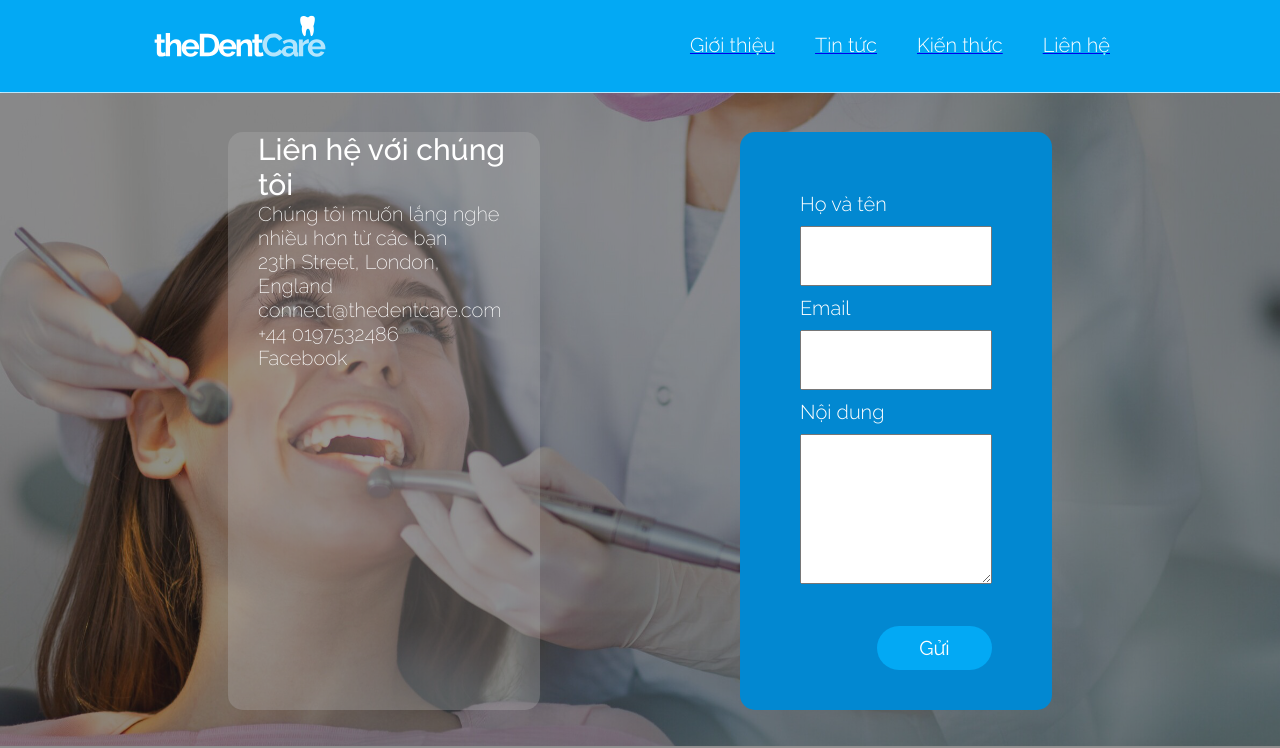
Repository: vantoan19/theDentCare
Page: /contact (app in theDentalCare/the-dental-care/)
An editor plug-in stored every save of this project. The page is shown before and after the next save, followed by the edit.
The browser window is 1280 px wide. The pictures show the whole page.
The project was rebuilt for these pictures with package versions that can differ from the ones it lists, and the page was loaded fresh each time. The framework's server and built-in components were replaced by stand-ins that run in the browser.

Above is the page before, as saved 2022-09-23 20:38:27.

### theDentalCare/the-dental-care/pages/_app.js
import { createGlobalStyle } from "styled-components";

const GlobalStyle = createGlobalStyle`
    html,
    body, input, textarea, button {
        padding: 0;
        margin: 0;
        font-family: Raleway;
        font-size: 10px;
    }
    html,
    body {
      height: 100%;
    }

    * {
        box-sizing: border-box;
    }
`;

function MyApp({ Component, pageProps }) {
  return (
    <>
      <GlobalStyle />
      <Component {...pageProps} />
    </>
  );
}

export default MyApp

### theDentalCare/the-dental-care/pages/_document.js
// pages/_document.js

import { Html, Head, Main, NextScript } from 'next/document'

export default function Document() {
  return (
    <Html>
      <Head>
        <link
          href="https://fonts.googleapis.com/css2?family=Raleway:ital,wght@0,100;0,200;0,300;0,400;0,500;0,600;0,700;0,800;0,900;1,100;1,200;1,300;1,400;1,500;1,600;1,700;1,800;1,900&display=swap"
          rel="stylesheet"
        />
      </Head>
      <body>
        <Main />
        <NextScript />
      </body>
    </Html>
  )
}

### theDentalCare/the-dental-care/pages/contact/index.js
import { Fragment } from "react";
import styled from "styled-components";
import NavBar from "../../components/NavBar/NavBar";
import BackgroundImage from "../../components/BackgroundImage/BackgroundImage";
import Card from "../../components/UI/Card/Card";
import Button from "../../components/UI/Button/Button";

const ContactFormTextInput = styled.input`
  width: 100%;
  height: 60px;
`;

const ContactFormTextArea = styled.textarea`
  width: 100%;
  height: 150px;
`;

const ContactFormTitle = styled.h3`
  color: #fff;
  font-size: 2rem;
  font-weight: 300;
  margin: 10px 0;
`;

const ContactFormButton = styled(Button)`
  font-size: 2rem;
  padding: 10px 20px;
  margin: 40px 0;
  width: 60%;
  float: right;
`;

const ContactForm = styled.form`
  background-color: rgba(2, 136, 209, 1);
  margin: 60px;
`;

const FormCard = styled(Card)`
  width: 50%;
`;

const ContactInfoTitle = styled.h3`
  color: #fff;
  font-size: 3rem;
  font-weight: 500;
  margin: 0 30px;
`;

const ContactInfoDesc = styled.p`
  color: #fff;
  font-size: 2rem;
  font-weight: 200;
  margin: 0 30px;
`;

const ContactInfoDetails = styled.a`
  color: #fff;
  font-size: 2rem;
  font-weight: 200;
  display: block;
  margin: 0 30px;
`;

const InfoCard = styled(Card)`
  width: 50%;
  background-color: rgba(180, 180, 180, 0.3);
`;

const Flex = styled.div`
  display: flex;
  position: absolute;
  top: 50%;
  left: 50%;
  transform: translate(-50%, -50%);
  z-index: 3;
  width: 80%;
`;

const ContactContainer = styled.div`
  position: relative;
`;

export default function Contact() {
  return (
    <Fragment>
      <NavBar />
      <ContactContainer>
        <BackgroundImage
          src="/contact_image.jpeg"
          alt="contact background image"
          isMasked={true}
        />
        <Flex>
          <InfoCard>
            <ContactInfoTitle>Liên hệ với chúng tôi</ContactInfoTitle>
            <ContactInfoDesc>
              Chúng tôi muốn lắng nghe nhiều hơn từ các bạn
            </ContactInfoDesc>
            <ContactInfoDetails>
              23th Street, London, England
            </ContactInfoDetails>
            <ContactInfoDetails>connect@thedentcare.com</ContactInfoDetails>
            <ContactInfoDetails>+44 0197532486</ContactInfoDetails>
            <ContactInfoDetails>Facebook</ContactInfoDetails>
          </InfoCard>
          <FormCard>
            <ContactForm>
              <ContactFormTitle>Họ và tên</ContactFormTitle>
              <ContactFormTextInput />
              <ContactFormTitle>Email</ContactFormTitle>
              <ContactFormTextInput />
              <ContactFormTitle>Nội dung</ContactFormTitle>
              <ContactFormTextArea />
              <ContactFormButton>Gửi</ContactFormButton>
            </ContactForm>
          </FormCard>
        </Flex>
      </ContactContainer>
    </Fragment>
  );
}

### theDentalCare/the-dental-care/components/NavBar/NavBar.jsx
import React from 'react'
import Link from 'next/link'
import styled from 'styled-components'
import Logo from './Logo/Logo'
import NavItem from './NavItem/NavItem'

const LogoContainer = styled.div`
  margin: 0 150px;
`

const NavItemsGroup = styled.div`
  display: flex;
  height: 90px;
  align-items: center;
  margin: 0 150px;
`

const StyledAnchor = styled.a`
  text-decoration: none;
`

const NavContainer = styled.nav`
  background-color: #03A9F4;
  display: flex;
  flex-direction: row;
  justify-content: space-between;
  box-shadow: 0px 2px 4px 1px #B3E5FC;
  margin-bottom: 1px;
`

const NavBar = () => {
  return (
    <NavContainer>
      <LogoContainer>
        <Link href='/'>
          <StyledAnchor>
            <Logo/>
          </StyledAnchor>
        </Link>
      </LogoContainer>
      <NavItemsGroup>
        <Link href='/about'>
          <StyledAnchor>
            <NavItem>Giới thiệu</NavItem>
          </StyledAnchor>
        </Link>
        <Link href='/news'>
          <StyledAnchor>
            <NavItem>Tin tức</NavItem>
          </StyledAnchor>
        </Link>
        <Link href='/knowledge'>
          <StyledAnchor>
            <NavItem>Kiến thức</NavItem>
          </StyledAnchor>
        </Link>
        <Link href='/contact'>
          <StyledAnchor>
            <NavItem>Liên hệ</NavItem>
          </StyledAnchor>
        </Link>
      </NavItemsGroup>
    </NavContainer>
  )
}

export default NavBar

### theDentalCare/the-dental-care/components/BackgroundImage/BackgroundImage.jsx
import React from "react";
import styled from "styled-components";

const StyledImage = styled.img`
  width: 100%;
  height: 100%;
`;

const GreyMask = styled.div`
  background-color: rgba(30, 30, 30, 0.5);
  width: 100%;
  height: 100%;
  z-index: 2;
  position: absolute;
  top: 0;
  left: 0;
`;

const BackgroundContainer = styled.div`
  width: 100%;
  height: 100%;
  position: relative;
`;

const BackgroundImage = (props) => {
  return (
    <BackgroundContainer>
      <StyledImage src={props.src} alt={props.alt} />
      {props.isMasked && <GreyMask />}
    </BackgroundContainer>
  );
};

export default BackgroundImage;

### theDentalCare/the-dental-care/components/UI/Card/Card.jsx
import React from "react";
import styled from "styled-components";

const StyledDiv = styled.div`
  margin: 0 100px;
  background-color: #0288d1;
  border-radius: 15px;
`;

const Card = (props) => {
  return <StyledDiv className={props.className}>{props.children}</StyledDiv>;
};

export default Card;

### theDentalCare/the-dental-care/components/UI/Button/Button.jsx
import React from 'react'
import styled from 'styled-components'

const StyledButton = styled.button`
    border: none;
    padding: 15px;
    border-radius: 30px;
    color: #fff;
    background-color: #03A9F4;
    cursor: pointer;
`

const Button = (props) => {
  return (
    <StyledButton onClick={props.action} className={props.className}>
        {props.children}
    </StyledButton>
  )
}

export default Button

### theDentalCare/the-dental-care/components/NavBar/Logo/Logo.jsx
import React from 'react'
import styled from 'styled-components'


const StyledLogo = styled.img`
  width: 180px;
  cursor: pointer;
`

const Logo = () => {
  return (
    <StyledLogo src='/theDentCare.svg'/>
  )
}

export default Logo

### theDentalCare/the-dental-care/components/NavBar/NavItem/NavItem.jsx
import React from 'react'
import styled from 'styled-components'

const StyledSpan = styled.span`
    cursor: pointer;
    margin: 0px 20px;
    font-size: 2rem;
    font-weight: 300;
    color: #fff;
`

const NavItem = (props) => {
    return (
      <StyledSpan>{props.children}</StyledSpan>
    )
}

export default NavItem

After the next save:
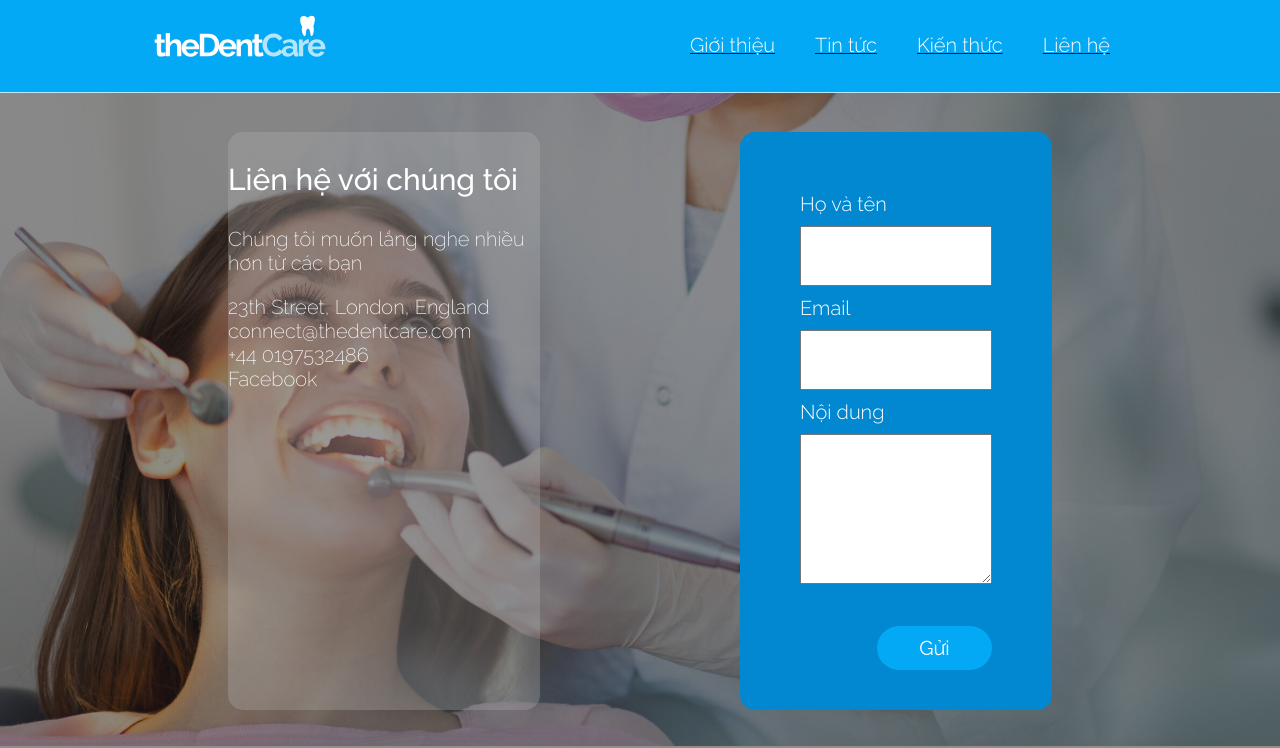
Saved 109 s later.
--- a/theDentalCare/the-dental-care/pages/contact/index.js
+++ b/theDentalCare/the-dental-care/pages/contact/index.js
@@ -43,14 +43,12 @@ const ContactInfoTitle = styled.h3`
   color: #fff;
   font-size: 3rem;
   font-weight: 500;
-  margin: 0 30px;
 `;
 
 const ContactInfoDesc = styled.p`
   color: #fff;
   font-size: 2rem;
   font-weight: 200;
-  margin: 0 30px;
 `;
 
 const ContactInfoDetails = styled.a`
@@ -58,7 +56,10 @@ const ContactInfoDetails = styled.a`
   font-size: 2rem;
   font-weight: 200;
   display: block;
-  margin: 0 30px;
+`;
+
+const ContactInfoWrapper = styled.div`
+  margin: 30px;
 `;
 
 const InfoCard = styled(Card)`
